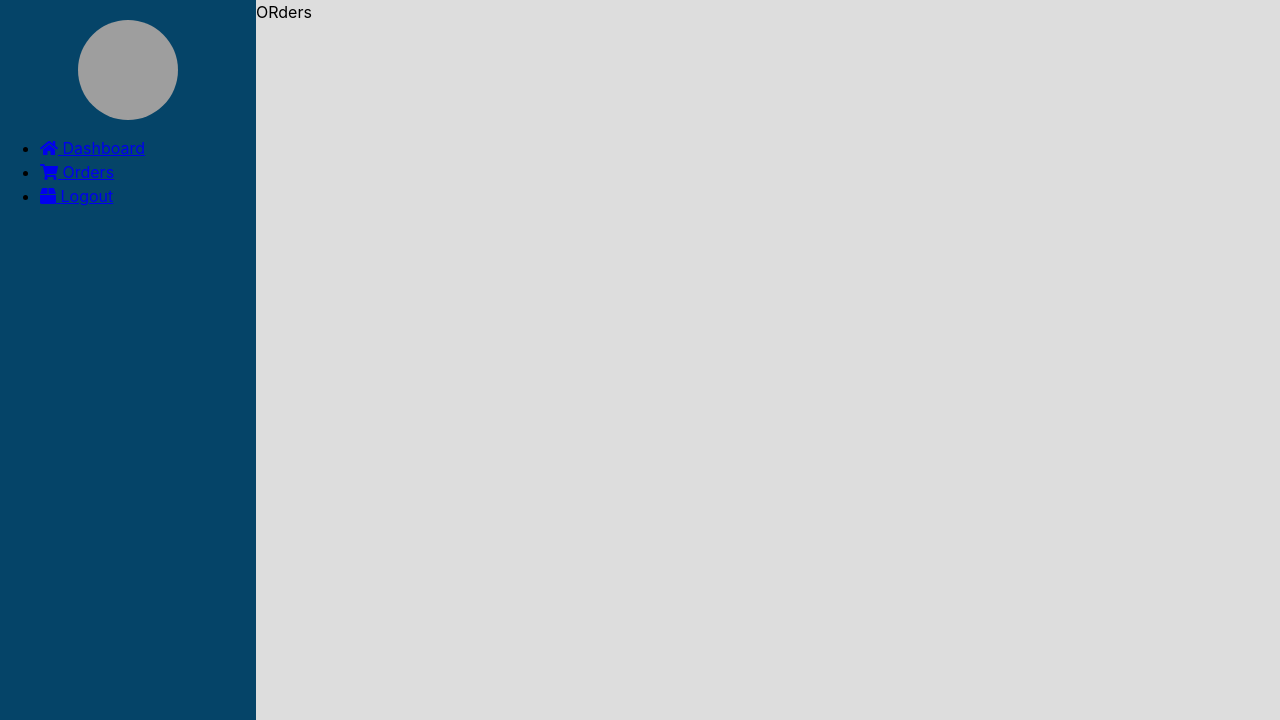
Repository: cjaymoni/FE_Submission02
Page: http://localhost/orders
An editor plug-in stored every save of this project. The page is shown before and after the next save, followed by the edit.
The browser window is 1280 px wide. The pictures show the whole page.
Pictures or frames that could not be fetched are drawn as grey boxes. Some web libraries are served in a nearby version. The page is run by PHP 8.4 with error messages shown; the project is at /var/www/html/.

Above is the page before, as saved 2022-09-29 14:36:44.

### index.php
<!doctype html>
<html lang="en">
<head>
    <?php include './layout/header.html' ?>
</head>
<body>
<?php
require_once './layout/sidebar.html';

$request = $_SERVER['REQUEST_URI'];

switch ($request) {
        case '/' :
        case '' :
        case '/home' :
            case '/login':
                case '/login/':
        require __DIR__.'/views/login-page/login.html';
        break;


        case '/orders':
        case '/orders/':
        require __DIR__.'/views/orders/orders.html';
        break;

        case '/dashboard':
        case '/dashboard/':
        require __DIR__.'/views/dashboard/dashboard.html';
        break;





        default:
        require __DIR__.'/views/login-page/login.html';
        break;
}
?>

 <?php require_once './layout/footer.html' ?>
</body>
</html>

### layout/header.html
<meta charset="utf-8" />
<meta name="viewport" content="width=device-width, initial-scale=1.0" />

<!-- FavIcon -->
<link rel="icon" type="image/svg+xml" href="assets/Freddys_Logo.svg" />

<!-- CSS -->
<link rel="stylesheet" href="css/styles.css" />

<!-- Font Awesome -->
<link
  rel="stylesheet"
  href="https://use.fontawesome.com/releases/v5.8.1/css/all.css"
/>

<!-- Title -->
<title>Freddy's Shop</title>

### layout/sidebar.html
<aside>
  <div class="sidebar" id="sidebar">
    <div class="profile">
      <img src="assets/Freddys_Logo.svg" alt="Freddys_Logo" />
    </div>
    <ul>
      <li>
        <a href="dashboard.html">
          <i class="fas fa-home"></i>
          <span>Dashboard</span>
        </a>
      </li>
      <li>
        <a href="orders.html">
          <i class="fas fa-shopping-cart"></i>
          <span>Orders</span>
        </a>
      </li>
      <li>
        <a href="products.html">
          <i class="fas fa-box"></i>
          <span>Logout</span>
        </a>
      </li>
    </ul>
  </div>
</aside>
<script src="js/sidebar-toggle.js"></script>

### views/orders/orders.html
<div class="content">ORders</div>

### layout/footer.html
<script
  src="https://code.jquery.com/jquery-3.6.1.min.js"
  integrity="sha256-o88AwQnZB+VDvE9tvIXrMQaPlFFSUTR+nldQm1LuPXQ="
  crossorigin="anonymous"
></script>

### css/styles.css
:root {
    --color-primary: #f00;
    --color-secondary: #0f0;
    --color-tertiary: rgb(0, 110, 255);
    background-color: #dddddd;
    font-family: Inter, Avenir, Helvetica, Arial, sans-serif;
    font-size: 16px;
    line-height: 24px;
    min-width: 100vw;
    min-height: 100vh;
    scroll-behavior: smooth;
}


body {
    overflow-x: hidden;
    height: 100vh;
    width: 100vw;
    margin: 0;
}

.login-div {
    display: flex;
    flex-direction: column;
    justify-content: center;
    align-items: center;
    border: 5px solid rgb(65, 61, 61);
    margin: auto;
    margin-top: 15%;
    width: 50%;
    padding: 5px;


}

.login-head {
    display: flex;
    justify-content: space-between;
    flex-wrap: wrap;
}

.login-img {
    width: 100px;
    height: 100px;
    border-radius: 50%;
    margin: 10px;
}

.login-head-text {
    display: flex;
    justify-content: center;
    align-items: center;
    margin: 10px;
    flex-wrap: wrap;
}

.login-head-img {
    display: flex;
    justify-content: center;
    align-items: center;
    margin: 10px;
}

.login-form {
    display: flex;
    flex-direction: column;
    justify-content: center;
    align-items: center;
    margin: 10px;
    width: 100%;
}



.input-div {
    display: flex;
    flex-direction: column;
    justify-content: center;
    align-items: center;
    margin: 10px;
    width: 100%;
}

input[type=text],
input[type=password] {
    width: 100%;
    padding: 12px 20px;
    margin: 8px 0;
    display: inline-block;
    border: 2px solid #ccc;
    box-sizing: border-box;
    border-radius: 5px;
}

.login-btn {
    width: 100%;
    padding: 10px;
    border: 2px solid #ccc;
    border-radius: 5px;
}


.sidebar {
    background: rgb(5, 68, 104);
    position: fixed;
    top: 0;
    left: 0;
    width: 20%;
    height: 100%;
    padding: 20px 0;
    transition: all 0.5s ease;

}

.content {
    width: 80%;
    height: 100%;
    float: right;
}


.sidebar .profile img {
    display: block;
    width: 100px;
    height: 100px;
    border-radius: 50%;
    margin: 0 auto;
}

### js/sidebar-toggle.js
const pgUrl = window.location.href.substr(
  window.location.href.lastIndexOf("/") + 1
);
const sdComponent = document.querySelector(".sidebar");
if (pgUrl === "login") {
  sdComponent.style.display = "none";
}

After the next save:
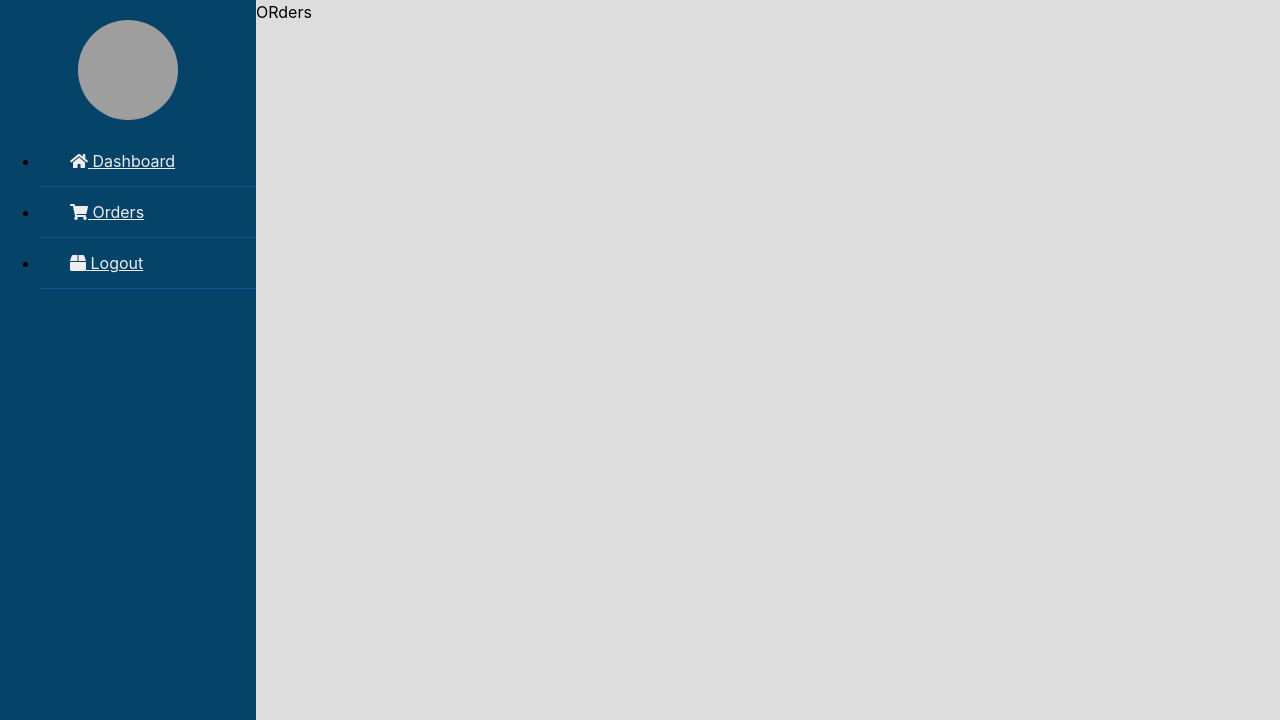
Saved 51 s later.
--- a/css/styles.css
+++ b/css/styles.css
@@ -126,3 +126,18 @@ input[type=password] {
     border-radius: 50%;
     margin: 0 auto;
 }
+
+.sidebar ul li a {
+    display: block;
+    padding: 13px 30px;
+    border-bottom: 1px solid #10558d;
+    color: rgb(241, 237, 237);
+    font-size: 16px;
+    position: relative;
+}
+
+.sidebar ul li a .icon {
+    color: #dee4ec;
+    width: 30px;
+    display: inline-block;
+}
